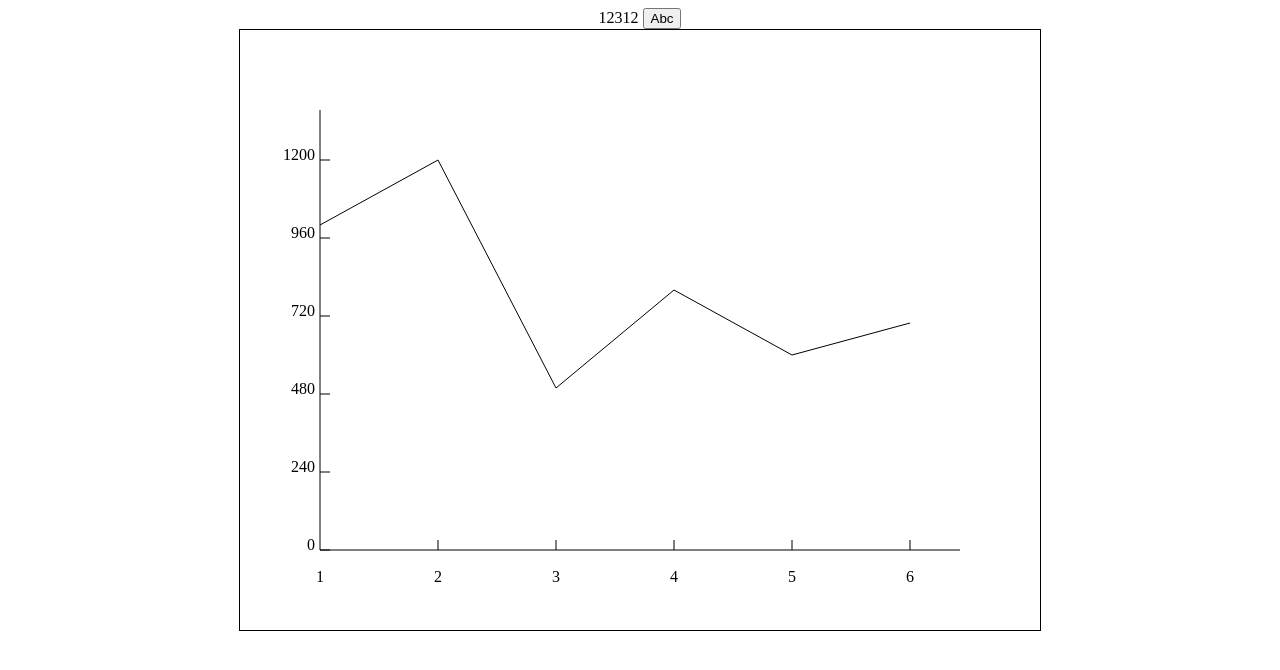
Repository: ycdtc/movie
Page: aaa/WebContent/index.html
An editor plug-in stored every save of this project. The page is shown before and after the next save, followed by the edit.
The browser window is 1280 px wide. The pictures show the whole page.
After loading, the first visible `#abc` was clicked once.

Above is the page before, as saved 2017-06-21 08:27:30.

### aaa/WebContent/index.html
                                                                                                                                                                                                                                                                                                                                                                                                                                                                                                                                                                                                                                                                                                                                                                                                                                                                                                                                                                                                                                                                                                                                                                                                                                                                                                                                                                                                                                                                                                                                                                                                                                                                                                                                                                                                                                                                                                                                                                                                                                                                                                                                                                                                                                                                                                                                                                                                                                                                                                                               <!DOCTYPE html><html><head>
<meta charset="UTF-8">
<script type="text/javascript" src="javascript/jquery.min.js"></script>
<script type="text/javascript" src="javascript/base.js"></script>
<link rel="stylesheet" href="stylesheet/base.css" />
<link rel="stylesheet" href="stylesheet/index.css" />
<title>Insert title here</title>
</head>
<body>
12312
<button id="abc">Abc</button>
<div id = "chart"> </div>
</body>
<script>
	$("#abc").click(function(e){
		//location.href = "hr.html?id=123"
		$("#chart").empty();
		$("<canvas id=\"can1\" height=\"600\" width=\"800\"></canvas>").appendTo($("#chart"));
		//drawPie("can1",[10,20,30],["market","human resource","finance"]);
		drawLine("can1",[1000,1200,500,800,600,700],[1,2,3,4,5,6]);
	});


</script>
</html>

### aaa/WebContent/javascript/base.js
/**
 *
 */

var colors = ["red","orange","green","blue","purple","black"];
function getRequest() {
	var url = location.search;
	var paras = url.substr(1).split("&");
	var res = new Object();
	for(var i=0;i<paras.length;i++){
		res[paras[i].split("=")[0]] = paras[i].split("=")[1];
	}
	return res;
}

function drawPie(chart,value,name){
	var can = document.getElementById(chart);
	var ctx = can.getContext("2d");
	var start = 0;
	var end = 0;
	ctx.translate(400,350);
	var sum = 0;
	for(var i=0;i<value.length;i++){
		sum += value[i];
	}
	for(var i=0;i<value.length;i++){
		start = end;
		end += value[i]/sum * 2 * Math.PI;
		ctx.fillStyle = colors[i];
		ctx.beginPath();
		ctx.moveTo(0,0);
		ctx.arc(0,0,200,start,end);
		ctx.closePath();
		ctx.stroke();
		ctx.fill();
	}
	start = 0;
	end = 0;
	var now = 0 ;
	for(var i=0;i<value.length;i++){
		start = end;
		end += value[i]/sum * 2 * Math.PI;
		ctx.rotate(now + (end-start)/2);
		now = (end-start)/2;
		ctx.font = "24px";
		ctx.fillStyle = "white";
		ctx.fillText(name[i], 60 , 0);
	}
}

function drawLine(chart,value,name){
    var canvas = document.getElementById(chart);
    var ctx = canvas.getContext('2d');
    //画布的款高
    var cw = canvas.width;
    var ch = canvas.height;
    //内间距padding
    var padding = 80;
    //原点，bottomRight:X轴终点,topLeft:Y轴终点
    var origin = {x:padding,y:ch-padding};
    var bottomRight = {x:cw-padding,y:ch-padding};
    var topLeft = {x:padding,y:padding};
    //绘制X轴
    ctx.beginPath();
    ctx.moveTo(origin.x,origin.y);
    ctx.lineTo(bottomRight.x,bottomRight.y);
    //绘制Y轴
    ctx.moveTo(origin.x,origin.y);
    ctx.lineTo(topLeft.x,topLeft.y);
    //设置字号
    ctx.font = '16px SimHei';
    //绘制X方向刻度
    //计算刻度可使用的总宽度
    var avgWidth = (cw - 2*padding - 50)/(value.length-1);
    for(var i=0;i<value.length;i++){
        //循环绘制所有刻度线
        if(i > 0){
            //移动刻度起点
            ctx.moveTo(origin.x+i*avgWidth,origin.y);
            //绘制到刻度终点
            ctx.lineTo(origin.x+i*avgWidth,origin.y-10);
        }
        var txtWidth = ctx.measureText(name[i]).width;
        ctx.fillText(
                name[i],
                origin.x+i*avgWidth-txtWidth/2,
                origin.y+32);
    }
    //绘制Y方向刻度
    //最大刻度max
    var max = Math.max.apply(null,value);

    var avgValue=Math.floor(max/5);
    var avgHeight = (ch-padding*2-50)/5;
    for(var i=0;i<value.length;i++){
        //绘制Y轴刻度
            ctx.moveTo(origin.x,origin.y-i*avgHeight);
            ctx.lineTo(origin.x+10,origin.y-i*avgHeight);
        //绘制Y轴文字
        var txtWidth = ctx.measureText(avgValue*i).width;
        var txtHeight = ctx.measureText(avgValue*i).height;
        ctx.fillText(avgValue*i,
                origin.x-txtWidth-5,
                origin.y-i*avgHeight);
    }

    //绘制折线
    for(var i=0;i<value.length;i++){
        var posY = origin.y - Math.floor(value[i]/max*(ch-2*padding-50));
        if(i==0){
            ctx.moveTo(origin.x+i*avgWidth,posY);
        }else{
            ctx.lineTo(origin.x+i*avgWidth,posY);
        }
    }
    ctx.stroke();

}

### aaa/WebContent/stylesheet/base.css
@CHARSET "UTF-8";
body{
	text-align: center;
}

### aaa/WebContent/stylesheet/index.css
@CHARSET "UTF-8";
#chart{
	border: 1px solid black;
    width: 800px;
    height: 600px;
    margin:0 auto;
}

Loaded but not shown: aaa/WebContent/javascript/jquery.min.js (library)

After the next save:
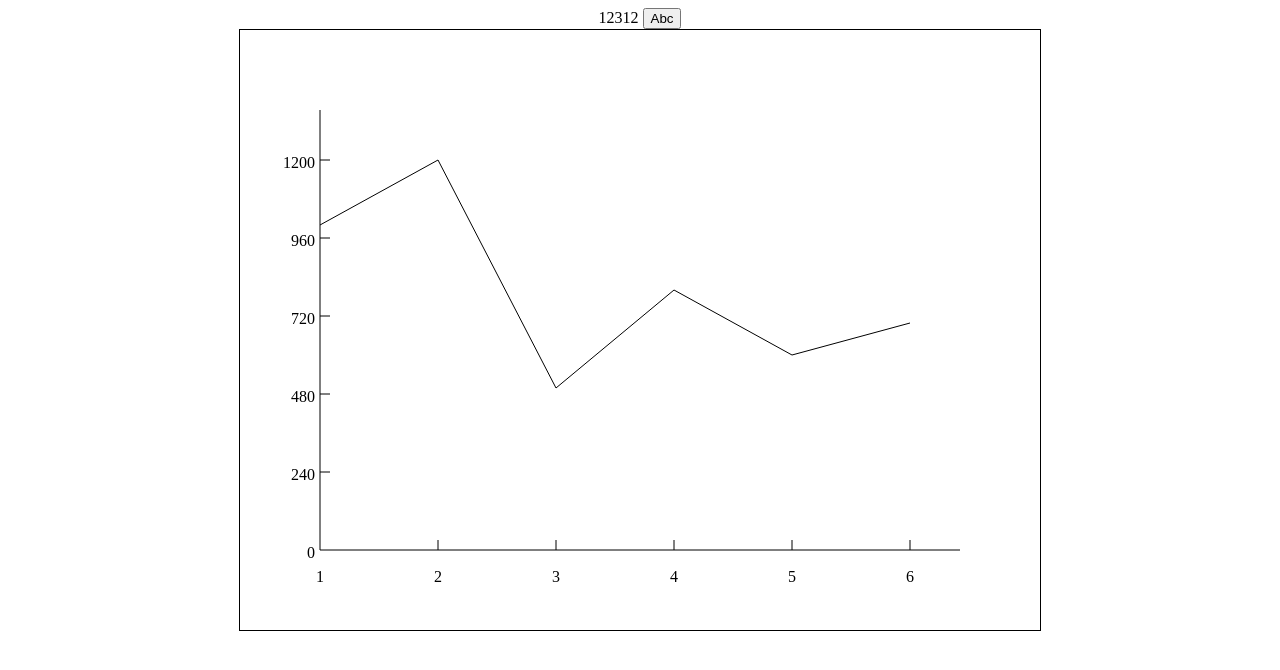
Saved 3 min 55 s later.
--- a/aaa/WebContent/javascript/base.js
+++ b/aaa/WebContent/javascript/base.js
@@ -94,14 +94,15 @@ function drawLine(chart,value,name){
     var avgHeight = (ch-padding*2-50)/5;
     for(var i=0;i<value.length;i++){
         //绘制Y轴刻度
+    	if(i>0){
             ctx.moveTo(origin.x,origin.y-i*avgHeight);
             ctx.lineTo(origin.x+10,origin.y-i*avgHeight);
+    	}
         //绘制Y轴文字
         var txtWidth = ctx.measureText(avgValue*i).width;
-        var txtHeight = ctx.measureText(avgValue*i).height;
         ctx.fillText(avgValue*i,
                 origin.x-txtWidth-5,
-                origin.y-i*avgHeight);
+                origin.y-i*avgHeight+8);
     }
 
     //绘制折线
